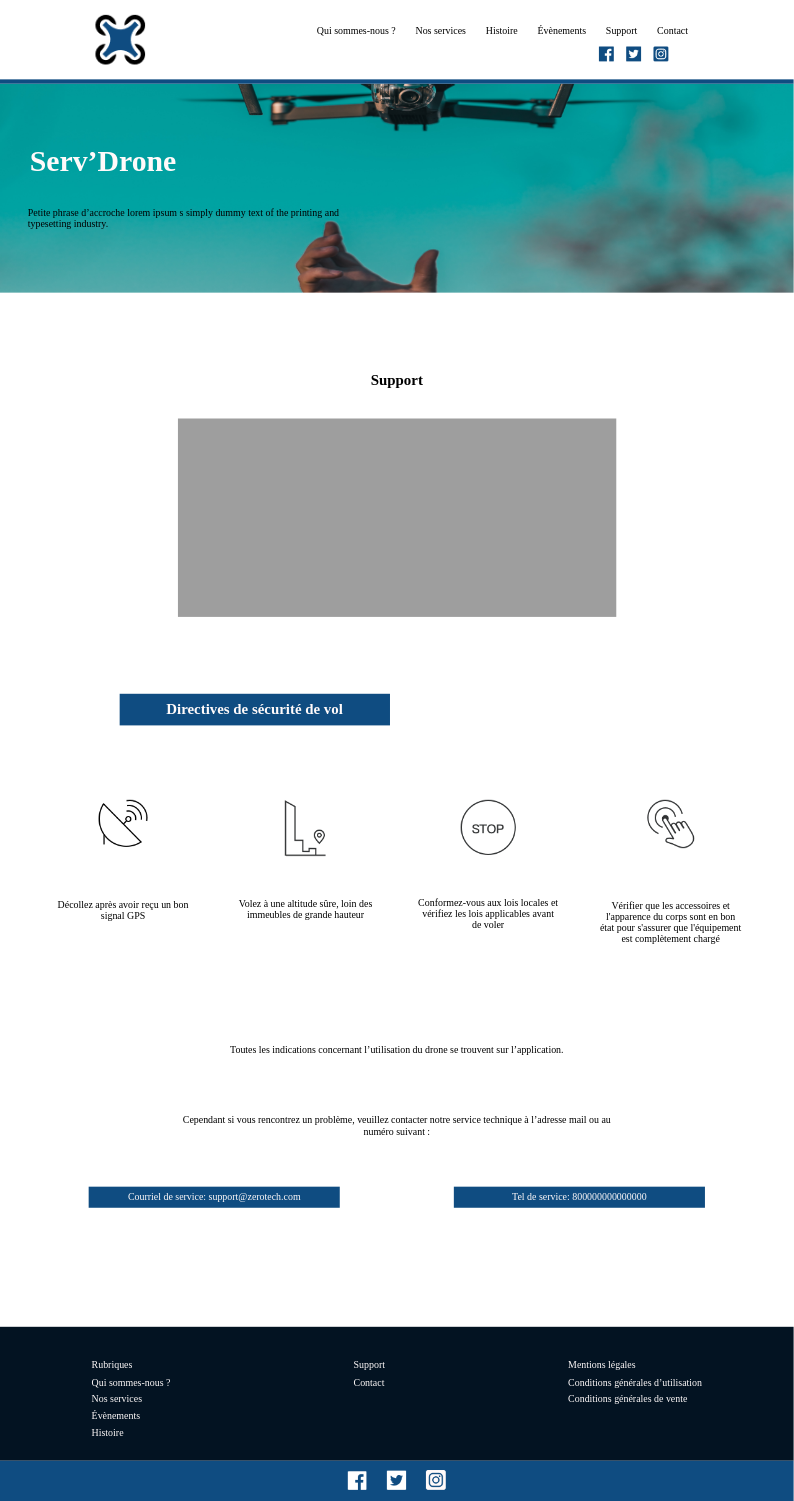
Repository: clairedupuich/serv_drone
Page: http://localhost/support.html
The author's editor kept a copy of each file at every save. The page is drawn from the files as they stood at one save, then again after the next save.
The browser window is 1280 px wide. The pictures show the whole page, at 62% of full size.
Pictures or frames that could not be fetched are drawn as grey boxes. The page is run by PHP 8.4 with error messages shown; the project is at /var/www/html/.

Above is the page before, as saved 2020-10-29 23:47:03.

After the next save:
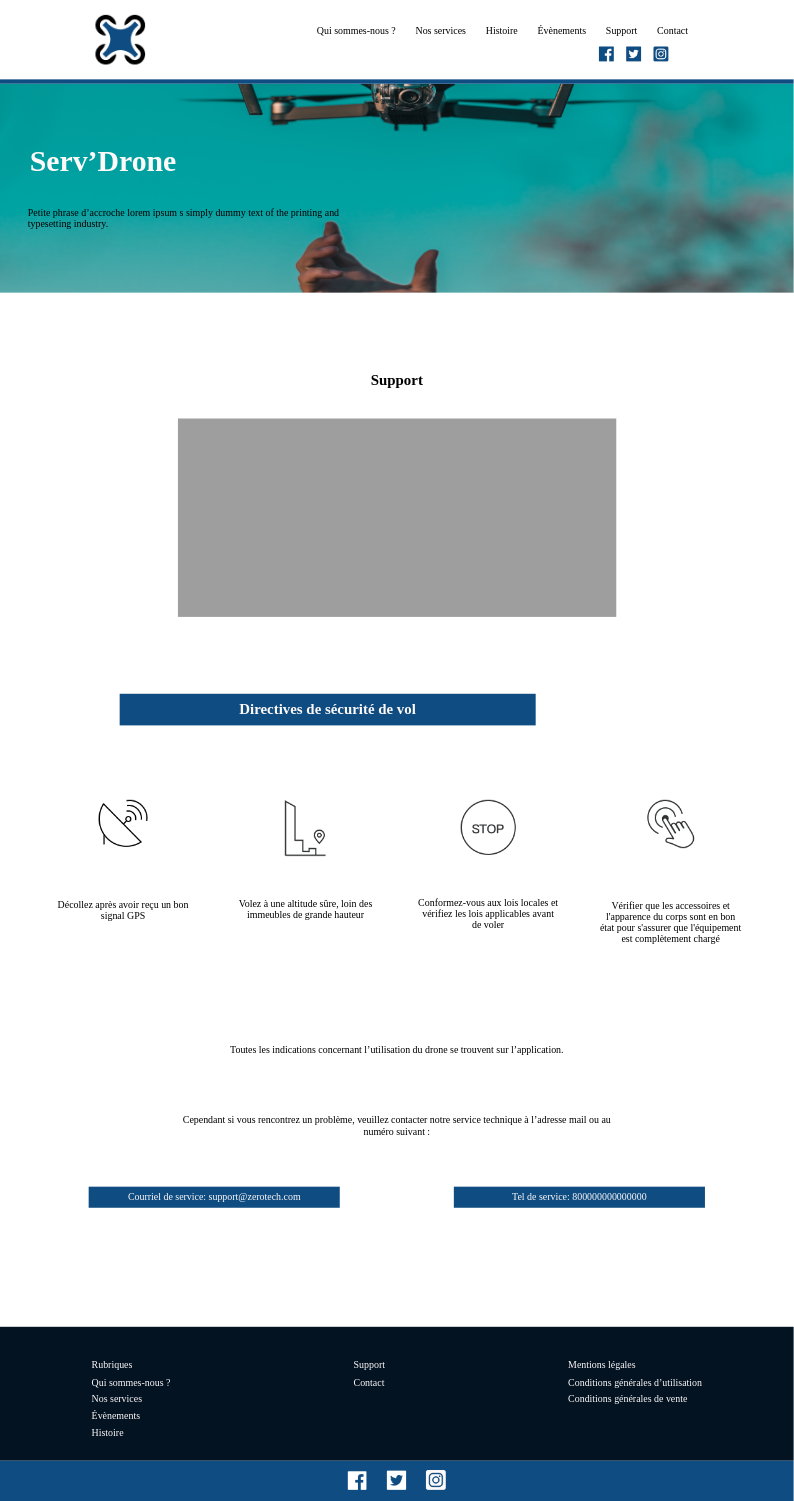
Saved 4 s later.
--- a/style.css
+++ b/style.css
@@ -110,7 +110,7 @@ iframe {
     background-color: #0F4C81;
     margin: 5em 12%;
     padding: .5em;
-    width: 35%;
+    width: 55%;
 }
 
 .iconText {
